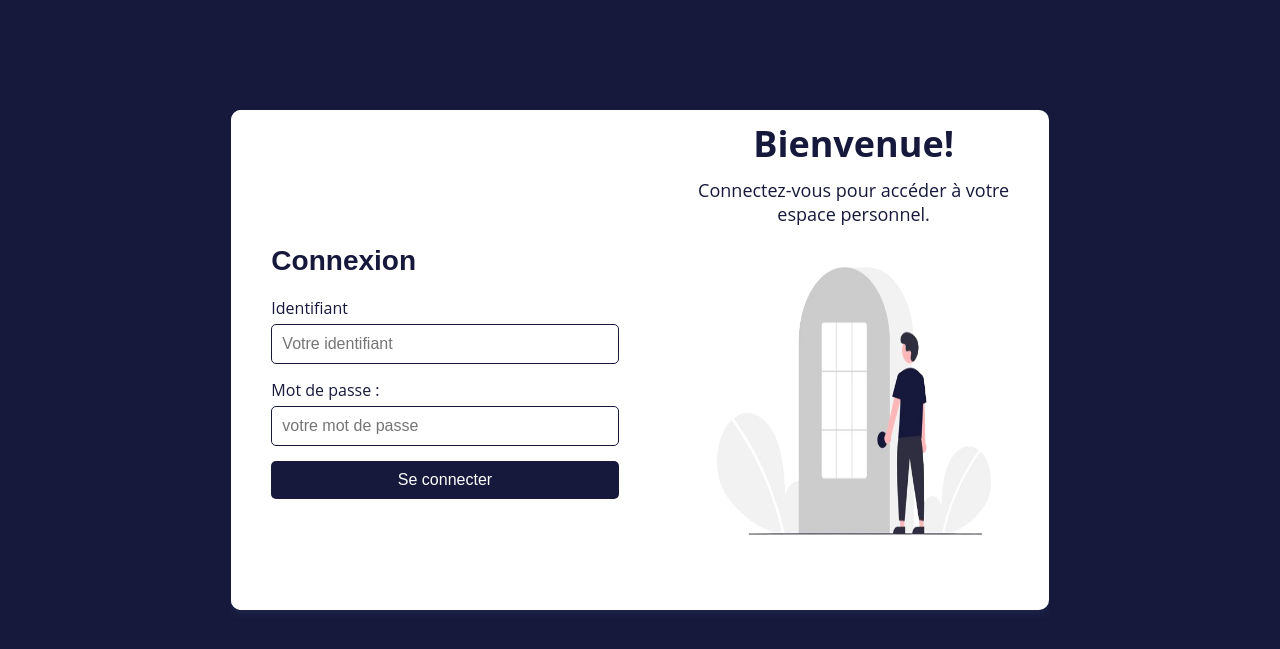
Repository: ndiawar/ProjetGab
Page: home.html
The author's editor kept a copy of each file at every save. The page is drawn from the files as they stood at one save, then again after the next save.
The browser window is 1280 px wide. The pictures show the whole page.

Above is the page before, as saved 2024-08-07 14:20:11.

After the next save:
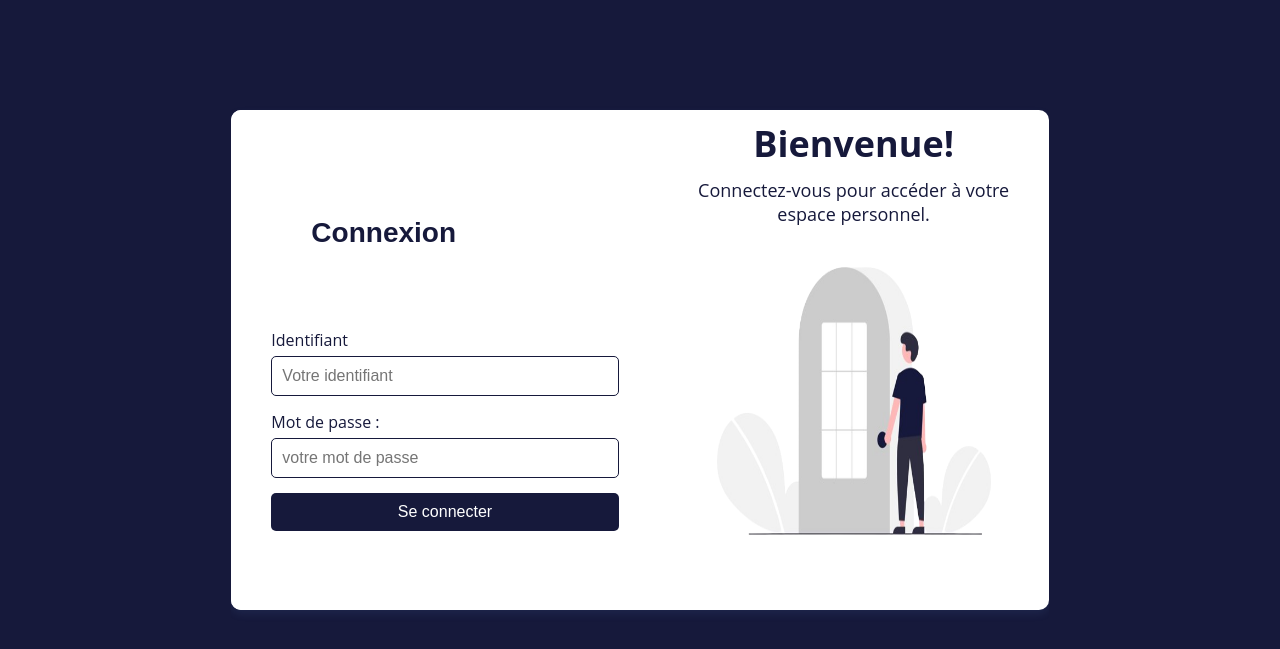
Saved 48 s later.
--- a/style.css
+++ b/style.css
@@ -88,6 +88,7 @@ body, html {
     font-size: var(--font-size-title);
     font-family: var(--font-title);
     font-weight: var(--font-weight-bold);
+    padding: 5px 0 60px 40px;
 }
 
 .form-group {
